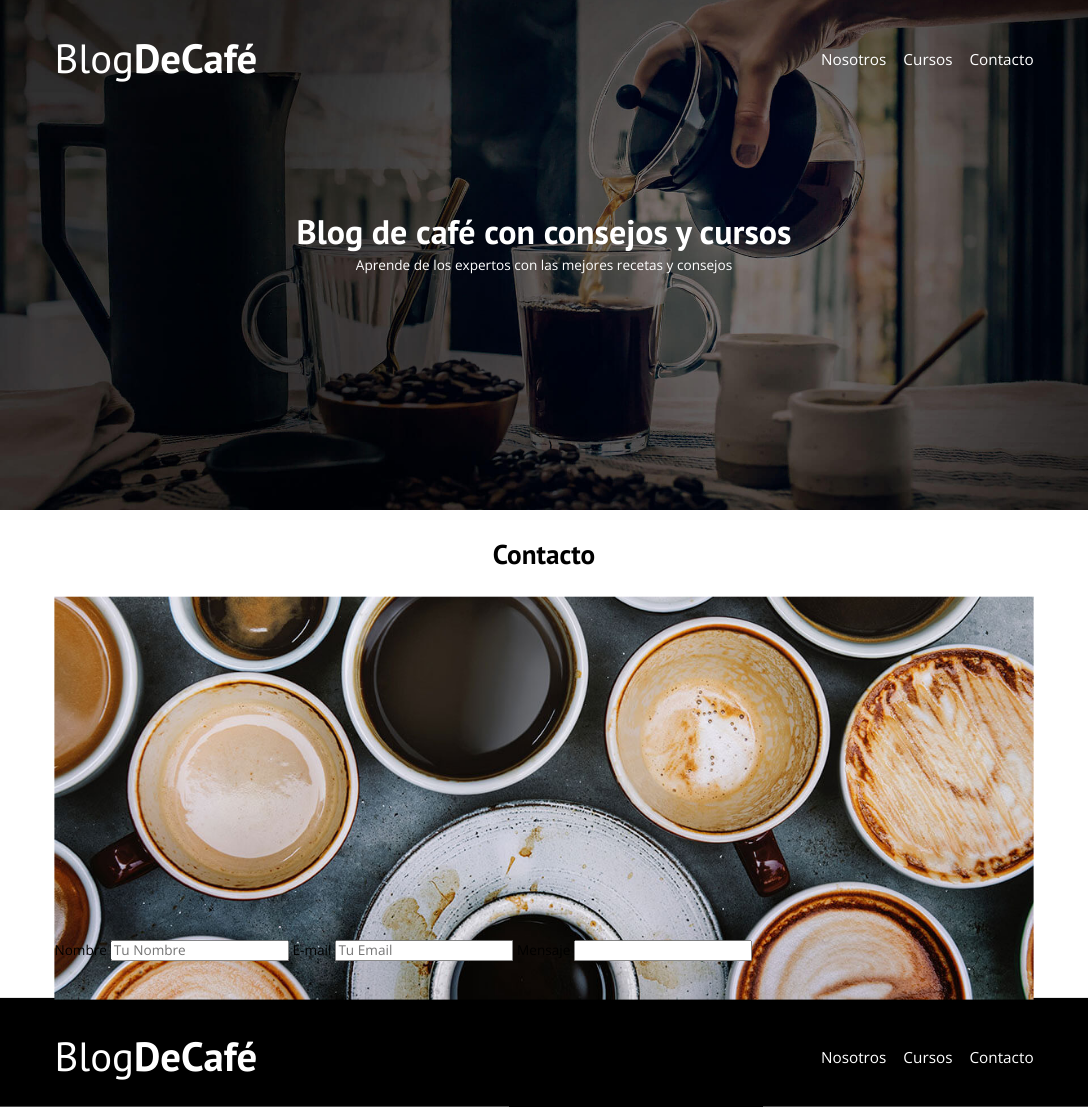
Repository: araque1990/blog_de_cafe
Page: contacto.html
An editor plug-in stored every save of this project. The page is shown before and after the next save, followed by the edit.
The browser window is 1280 px wide. The pictures show the whole page, at 85% of full size.

Above is the page before, as saved 2023-01-12 19:05:40.

### contacto.html
<!DOCTYPE html>
<html lang="es">
<head>
  <meta charset="UTF-8">
  <meta http-equiv="X-UA-Compatible" content="IE=edge">
  <meta name="viewport" content="width=device-width, initial-scale=1.0">
  <title>Blog de Café</title>
  <link rel="stylesheet" href="css/normalize.css">
  <link rel="preconnect" href="https://fonts.googleapis.com"><link rel="preconnect" href="https://fonts.gstatic.com" crossorigin><link href="https://fonts.googleapis.com/css2?family=Open+Sans&family=PT+Sans:wght@400;700&display=swap" rel="stylesheet">
  <link rel="stylesheet" href="css/styles.css">
</head>
<body>

  <header class="header">
    <div class="contenedor">
      <div class="barra">
        <a class="logo" href="index.html">
          <h1 class="logo__nombre no-margin centrar-texto">Blog<span class="logo__bold">DeCafé</span></h1>
        </a>

        <nav class="navegacion">
          <a href="nosotros.html" class="navegacion__enlace">Nosotros</a>
          <a href="cursos.html" class="navegacion__enlace">Cursos</a>
          <a href="contacto.html" class="navegacion__enlace">Contacto</a>
        </nav>
      </div>
    </div>
    <div class="header__texto">
      <h2 class="no-margin">Blog de café con consejos y cursos</h2>
      <p class="no-margin">Aprende de los expertos con las mejores recetas y consejos</p>
    </div>
  </header>

  <main class="contenedor">
    <h3 class="centrar-texto">Contacto</h3>

    <div class="contacto-bg">
      <img src="img/contacto.jpg" alt="imagen contacto">
    </div>

    <div class="">
      <form action="POST">
        <label for="nombre">Nombre
          <input type="text" name="nombre" placeholder="Tu Nombre">
        </label>
        <label for="email">E-mail
          <input type="email" name="email" placeholder="Tu Email">
        </label>
        <label for="mensaje">Mensaje
          <input type="textarea" name="mensaje">
        </label>
      </form>
    </div>

  </main>

  <footer class="footer">
    <div class="contenedor">
      <div class="barra">
        <a class="logo" href="index.html">
          <h1 class="logo__nombre no-margin centrar-texto">Blog<span class="logo__bold">DeCafé</span></h1>
        </a>

        <nav class="navegacion">
          <a href="nosotros.html" class="navegacion__enlace">Nosotros</a>
          <a href="cursos.html" class="navegacion__enlace">Cursos</a>
          <a href="contacto.html" class="navegacion__enlace">Contacto</a>
        </nav>
      </div>
    </div>
  </footer>
</body>
</html>

### css/styles.css
:root {
  --fuenteHeading: 'PT Sans', sans-serif;
  --fuenteParrafos: 'Open Sans', sans-serif;

  --secundario: #784D3C;
  --gris: #E1E1E1;
  --blanco: #FFF;
  --negro: #000;
}
html {
  box-sizing: border-box;
  font-size: 62.5%;
}
*, *:before, *:after {
  box-sizing: inherit;
}
body {
  font-family: var(--fuenteParrafos);
  font-size: 1.6rem;
  line-height: 2;
}

/* Globales */
.contenedor {
  max-width: 120rem;
  width: 90%;
  /* width: min(90%, 120rem); //ESTO ES LO MISMO QUE LOS DOS ATRIBUTOS DE ARRIBA */
  margin: 0 auto;
}
a {
  text-decoration: none;
}
h1, h2, h3, h4 {
  font-family: var(--fuenteHeading);
  line-height: 1.2;
}
h1 {
  font-size: 4.8rem;
}
h2 {
  font-size: 4rem;
}
h3 {
  font-size: 3.2rem;
}
h4 {
  font-size: 2.8rem;
}
img {
  max-width: 100%;
}

/* Utilidades */
.no-margin {
  margin: 0;
}
.no-padding {
  padding: 0;
}
.centrar-texto {
  text-align: center;
}

/* Header */
.header {
  background-image: url(../img/banner.jpg);
  height: 60rem;
  background-size: cover;
  background-repeat: no-repeat;
  background-position: center center;
}
.header__texto {
  text-align: center;
  color: var(--blanco);
  margin-top: 5rem;
}

@media (min-width: 768px) {
  .header__texto {
    margin-top: 15rem;
  }
}

@media (min-width: 768px) {
  .barra {
    display: flex;
    justify-content: space-between;
    align-items: center;
  }
}
.barra {
  padding-top: 4rem;
}
.logo {
  color: var(--blanco);
}
.logo__nombre {
  font-weight: 400;
}
.logo__bold {
  font-weight: 700;
}

@media (min-width: 768px) {
  .navegacion {
    display: flex;
    gap: 2rem;
  }
}
.navegacion__enlace {
  display: block;
  text-align: center;
  font-size: 1.8rem;
  color: var(--blanco);
}

@media (min-width: 768px) {
  .contenido-principal {
    display: grid;
    grid-template-columns: 2fr 1fr;
    column-gap: 4rem;
  }
}

.entrada {
  border-bottom: 1px solid var(--gris);
  margin-bottom: 2rem;
}
.entrada:last-of-type {
  border: none;
  margin-bottom: 0;
}
.boton {
  display: block;
  font-family: var(--fuenteHeading);
  color: var(--blanco);
  text-align: center;
  padding: 1rem 3rem;
  font-size: 1.8rem;
  text-transform: uppercase;
  font-weight: 700;
  margin-bottom: 2rem;
}
@media (min-width: 768px) {
  .boton {
    display: inline-block;
  }
}
.boton--primario {
  background-color: var(--negro);
}
.boton--secundario {
  background-color: var(--secundario);
}

.cursos {
  list-style: none;
}

.widget-curso {
  border-bottom: 1px solid var(--gris);
  margin-bottom: 2rem;
}
.widget-curso:last-of-type {
  border: none;
  margin-bottom: 0;
}
.widget-curso__label {
  font-family: var(--fuenteHeading);
  font-weight: 700;
}
.widget-curso__info {
  font-weight: 400;
}
.widget-curso__info, .widget-curso__label {
  font-size: 2rem;
}

.footer {
  background-color: var(--negro);
  padding-bottom: 3rem;
  margin-top: 4rem;
}

/* Sobre Nosotros */
@media (min-width: 768px) {
  .sobre-nosotros {
    display: grid;
    grid-template-columns: repeat(2, 1fr);
    column-gap: 2rem;
  }
}

.curso {
  padding: 3rem 0;
  border-bottom: 1px solid var(--gris);
}
@media (min-width: 768px) {
  .curso{
    display: grid;
    grid-template-columns: 1fr 2fr;
    column-gap: 2rem;
  }
}
.curso:last-of-type {
  border: none;
}

/* NOTA: podemos simplemente añadir estas clases a los estilos de widget correspodientes para evitar duplicidades. */
.curso__label {
  font-family: var(--fuenteHeading);
  font-weight: 700;
}
.curso__info {
  font-weight: 400;
}
.curso__info, .curso__label {
  font-size: 2rem;
}

/* Contacto */
.contacto-bg {
  background-image: url(../img/contacto.jpg);
  height: 40rem;
  background-size: cover;
  background-repeat: no-repeat;
}

Loaded but not shown: css/normalize.css (library)

After the next save:
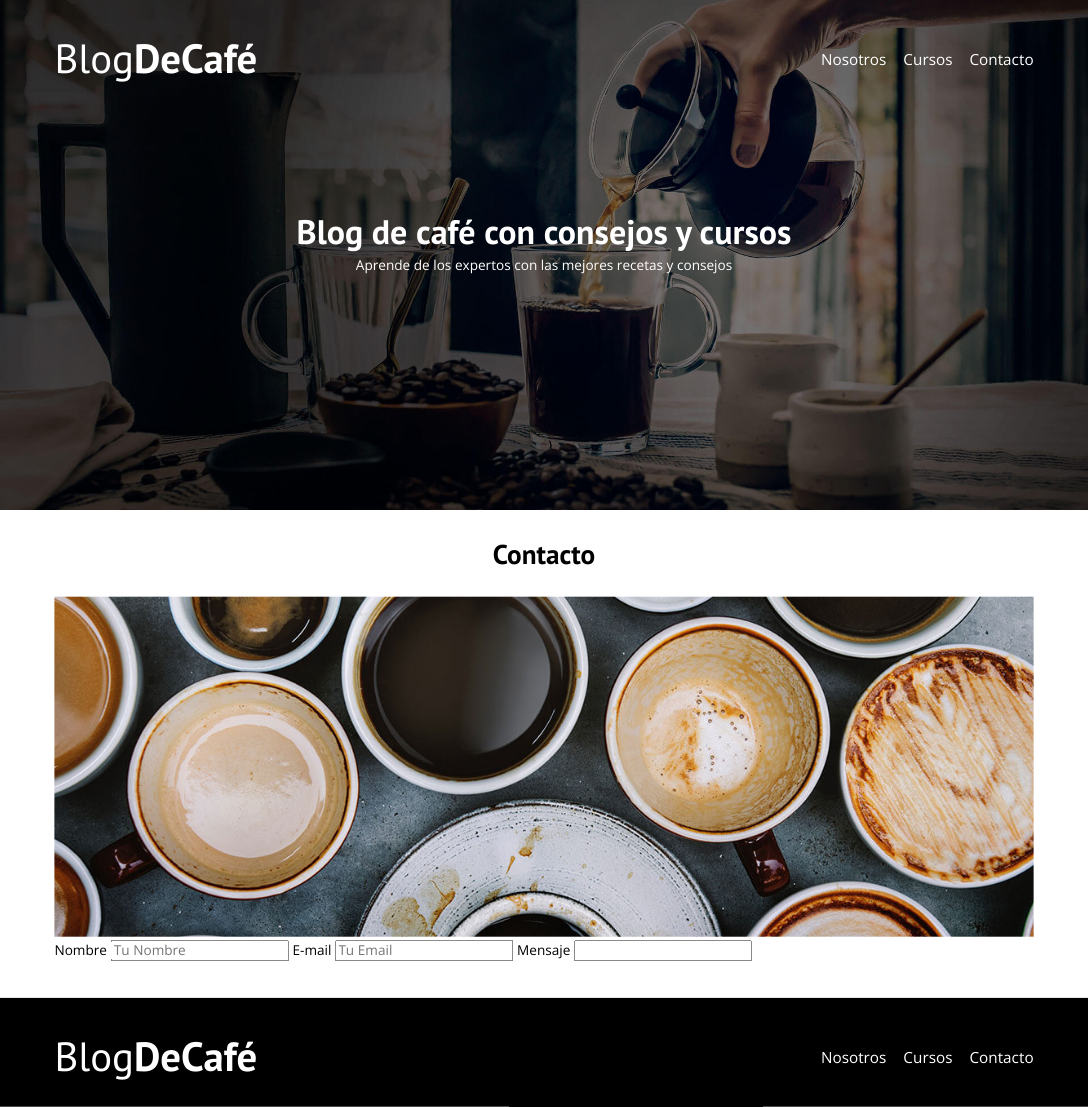
Saved 29 s later.
--- a/contacto.html
+++ b/contacto.html
@@ -35,7 +35,6 @@
     <h3 class="centrar-texto">Contacto</h3>
 
     <div class="contacto-bg">
-      <img src="img/contacto.jpg" alt="imagen contacto">
     </div>
 
     <div class="">
